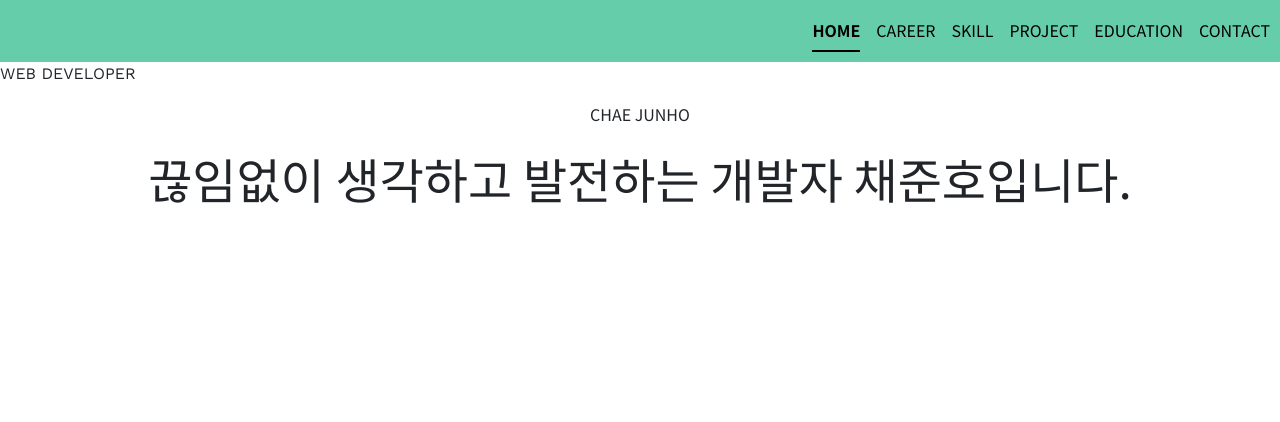
Repository: chaejunho689/bitcamp
Page: PersonalProject/src/main/webapp/index.html
The author's editor kept a copy of each file at every save. The page is drawn from the files as they stood at one save, then again after the next save.
The browser window is 1280 px wide. The pictures show the whole page.

Above is the page before, as saved 2024-08-29 08:32:37.

### PersonalProject/src/main/webapp/index.html
<!DOCTYPE html>
<html>
<head>
<meta charset="UTF-8">
<title>Insert title here</title>
<link
	href="https://cdn.jsdelivr.net/npm/bootstrap@5.3.3/dist/css/bootstrap.min.css"
	rel="stylesheet"
	integrity="sha384-QWTKZyjpPEjISv5WaRU9OFeRpok6YctnYmDr5pNlyT2bRjXh0JMhjY6hW+ALEwIH"
	crossorigin="anonymous">
<style type="text/css">
@import url('https://fonts.googleapis.com/css2?family=Work+Sans:ital,wght@0,100..900;1,100..900&display=swap');
@import url('https://fonts.googleapis.com/css2?family=Noto+Sans+KR:wght@100..900&family=Work+Sans:ital,wght@0,100..900;1,100..900&display=swap');
	* {
		font-family: 'Noto Sans KR';
	}
	.navbar-brand {
		font-size: 2em;
		font-family: 'Bebas Neue';
	}

	#navbar_top {
		background-color: #66CDAA;
		padding: 5px 5px 5px 5px;
	}

	ul > li {
		font-family: 'Work Sans';
	}

	ul.nav li a, ul.nav li a:visited {
    	color: #000000 !important;
	}

	ul.nav li a:hover, ul.nav li a:active {
	    color: #000000 !important;
	}

	ul.nav li.active a {
	    color: #000000 !important;
	}

	#maincontent > div {
		font-family: 'Work Sans';

	}

	#maincontent > div > p {
		text-align: center;
	}

	#div_copyright > p {
		font-family: 'Noto Sans KR' !important;
		font-size: 3em;
		font-weight: 400;
	}

	#div_name > p {
		font-weight: 900;
		font-size: 5em;
	}

	#div_job > p {
		font-weight: 800;
		font-size: 4.5em;
		color: #D3D3D3;
	}
</style>
</head>
<body>
	<!-- gnb -->
	<nav class="navbar_top" id="navbar_top">
		<ul class="nav nav-underline justify-content-end" id="navbar_top" >
			<li class="nav-item"><a class="nav-link active"	aria-current="page" href="./index.html">HOME</a></li>
			<li class="nav-item"><a class="nav-link" href="#">CAREER</a></li>
			<li class="nav-item"><a class="nav-link" href="#">SKILL</a></li>
			<li class="nav-item"><a class="nav-link" href="#">PROJECT</a></li>
			<li class="nav-item"><a class="nav-link" href="#">EDUCATION</a></li>
			<li class="nav-item"><a class="nav-link" href="#">CONTACT</a></li>
		</ul>
	</nav>

	<div id="maincontent"> <!-- content -->
		<div
			<p id="text_job"> WEB DEVELOPER	</p>
		</div >
		<div id="text_name">
			<p> CHAE JUNHO </p>
		</div>
		<div id="div_copyright">
			<p> 끊임없이 생각하고 발전하는 개발자 채준호입니다. </p>
		</div>
	</div>

<script
src="https://cdn.jsdelivr.net/npm/bootstrap@5.3.3/dist/js/bootstrap.bundle.min.js"
integrity="sha384-YvpcrYf0tY3lHB60NNkmXc5s9fDVZLESaAA55NDzOxhy9GkcIdslK1eN7N6jIeHz"
crossorigin="anonymous"></script>
<script type="text/javascript"
	src="http://code.jquery.com/jquery-3.7.1.min.js"></script>
<script type="text/javascript">
$(function() {

	$('#menurotateicon').click(function(){

	})
});
</script>
</body>
</html>

After the next save:
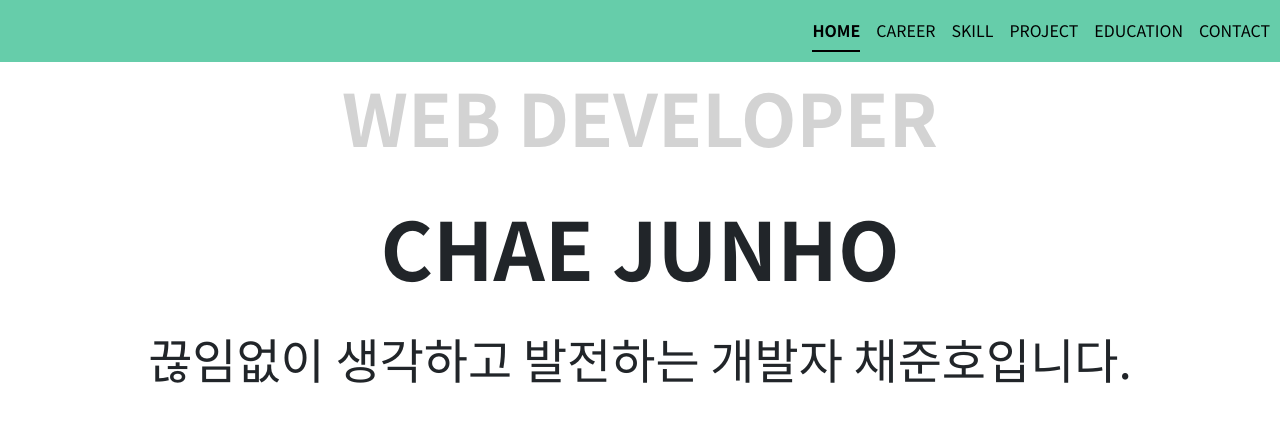
Saved 11 s later.
--- a/PersonalProject/src/main/webapp/index.html
+++ b/PersonalProject/src/main/webapp/index.html
@@ -81,10 +81,10 @@
 	</nav>
 
 	<div id="maincontent"> <!-- content -->
-		<div
-			<p id="text_job"> WEB DEVELOPER	</p>
+		<div id="div_job">
+			<p> WEB DEVELOPER	</p>
 		</div >
-		<div id="text_name">
+		<div id="div_name">
 			<p> CHAE JUNHO </p>
 		</div>
 		<div id="div_copyright">
